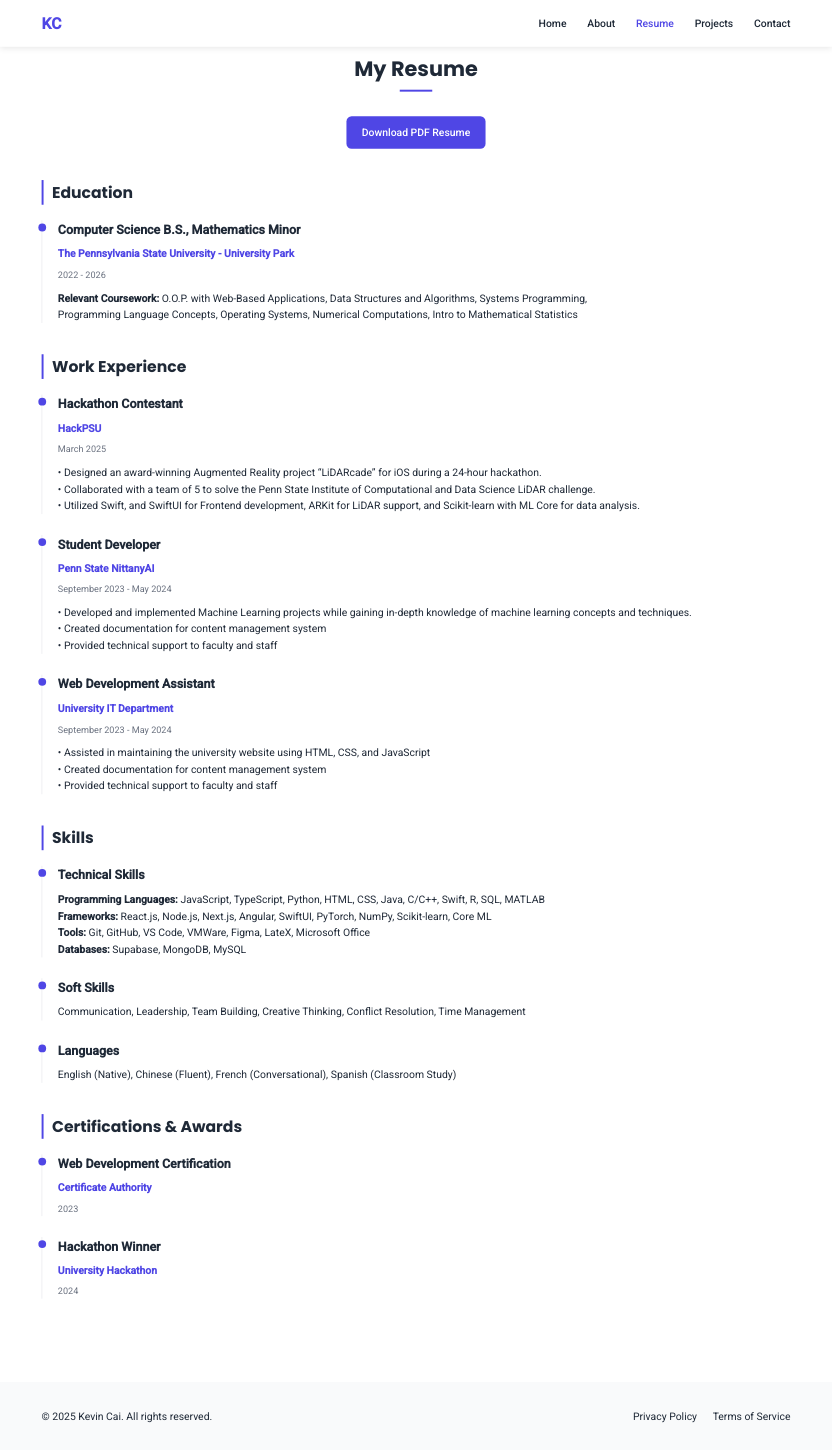
Repository: itskevbo/E-Portfolio
Page: pages/resume.html
An editor plug-in stored every save of this project. The page is shown before and after the next save, followed by the edit.
The browser window is 1280 px wide. The pictures show the whole page, at 65% of full size.

Above is the page before, as saved 2025-04-15 00:22:09.

### pages/resume.html
<!DOCTYPE html>
<html lang="en">
<head>
    <meta charset="UTF-8">
    <meta name="viewport" content="width=device-width, initial-scale=1.0">
    <title>Kevin Cai | Resume</title>
    <meta name="description" content="Professional resume of Kevin Cai">

    <!-- Favicon -->
    <link rel="icon" href="../assets/images/favicon.ico">

    <!-- CSS -->
    <link rel="stylesheet" href="../styles/main.css">

    <!-- Google Fonts -->
    <link rel="preconnect" href="https://fonts.googleapis.com">
    <link rel="preconnect" href="https://fonts.gstatic.com" crossorigin>
    <link href="https://fonts.googleapis.com/css2?family=Poppins:wght@300;400;500;700&family=Roboto:wght@400;500&display=swap" rel="stylesheet">

    <!-- Additional CSS for resume page -->
    <style>
        .resume-section {
            margin-bottom: 3rem;
        }

        .resume-section__title {
            margin-bottom: 1.5rem;
            font-size: var(--h3-font-size);
            position: relative;
            padding-left: 1rem;
        }

        .resume-section__title::before {
            content: '';
            position: absolute;
            width: 3px;
            height: 100%;
            background-color: var(--primary-color);
            left: 0;
            top: 0;
        }

        .resume-item {
            margin-bottom: 2rem;
            padding-left: 1.5rem;
            border-left: 1px solid var(--border-color);
            position: relative;
        }

        .resume-item::before {
            content: '';
            position: absolute;
            width: 12px;
            height: 12px;
            border-radius: 50%;
            background-color: var(--primary-color);
            left: -6px;
            top: 5px;
        }

        .resume-item__title {
            font-size: 1.2rem;
            margin-bottom: 0.5rem;
        }

        .resume-item__subtitle {
            color: var(--primary-color);
            font-size: var(--normal-font-size);
            margin-bottom: 0.5rem;
        }

        .resume-item__date {
            font-size: var(--small-font-size);
            color: var(--text-color-light);
            margin-bottom: 0.75rem;
        }

        .resume-item__description {
            font-size: var(--normal-font-size);
        }

        .download-resume {
            text-align: center;
            margin: 3rem 0;
        }
    </style>
</head>
<body>
    <!-- Header Component -->
    <header class="header" id="header">
        <div class="container">
            <div class="header__logo">
                <a href="../index.html" class="logo">KC</a>
            </div>

            <nav class="header__nav" id="nav-menu">
                <ul class="header__nav-list">
                    <li class="header__nav-item"><a href="../index.html" class="header__nav-link">Home</a></li>
                    <li class="header__nav-item"><a href="about.html" class="header__nav-link">About</a></li>
                    <li class="header__nav-item"><a href="resume.html" class="header__nav-link active">Resume</a></li>
                    <li class="header__nav-item"><a href="projects.html" class="header__nav-link">Projects</a></li>
                    <li class="header__nav-item"><a href="contact.html" class="header__nav-link">Contact</a></li>
                </ul>

                <div class="header__nav-toggle" id="nav-toggle">
                    <span></span>
                    <span></span>
                    <span></span>
                </div>
            </nav>
        </div>
    </header>

    <main>
        <section class="section">
            <div class="container">
                <h2 class="section__title">My Resume</h2>

                <div class="download-resume">
                    <a href="../assets/documents/Kevin Cai - Resume 2025-26 Software Engineering.pdf" class="btn btn-primary" target="_blank">Download PDF Resume</a>
                </div>

                <!-- Education Section -->
                <div class="resume-section">
                    <h3 class="resume-section__title">Education</h3>

                    <div class="resume-item">
                        <h4 class="resume-item__title">Computer Science B.S., Mathematics Minor</h4>
                        <h5 class="resume-item__subtitle">The Pennsylvania State University - University Park</h5>
                        <p class="resume-item__date">2022 - 2026</p>
                        <p class="resume-item__description">
                            <strong>Relevant Coursework:</strong> O.O.P. with Web-Based Applications, Data Structures and Algorithms, Systems Programming, <br>
                            Programming Language Concepts, Operating Systems, Numerical Computations, Intro to Mathematical Statistics
                        </p>
                    </div>
                </div>

                <!-- Experience Section -->
                <div class="resume-section">
                    <h3 class="resume-section__title">Work Experience</h3>

                    <div class="resume-item">
                        <h4 class="resume-item__title">Hackathon Contestant</h4>
                        <h5 class="resume-item__subtitle">HackPSU</h5>
                        <p class="resume-item__date">March 2025</p>
                        <p class="resume-item__description">
                            • Designed an award-winning Augmented Reality project “LiDARcade” for iOS during a 24-hour hackathon.<br>
                            • Collaborated with a team of 5 to solve the Penn State Institute of Computational and Data Science LiDAR
                            challenge.<br>
                            • Utilized Swift, and SwiftUI for Frontend development, ARKit for LiDAR support, and Scikit-learn with ML Core for data analysis.
                        </p>
                    </div>

                    <div class="resume-item">
                        <h4 class="resume-item__title">Student Developer</h4>
                        <h5 class="resume-item__subtitle">Penn State NittanyAI</h5>
                        <p class="resume-item__date">September 2023 - May 2024</p>
                        <p class="resume-item__description">
                            • Developed and implemented Machine Learning projects while gaining in-depth knowledge of machine learning concepts and techniques.<br>
                            • Created documentation for content management system<br>
                            • Provided technical support to faculty and staff
                        </p>
                    </div>

                    <div class="resume-item">
                        <h4 class="resume-item__title">Web Development Assistant</h4>
                        <h5 class="resume-item__subtitle">University IT Department</h5>
                        <p class="resume-item__date">September 2023 - May 2024</p>
                        <p class="resume-item__description">
                            • Assisted in maintaining the university website using HTML, CSS, and JavaScript<br>
                            • Created documentation for content management system<br>
                            • Provided technical support to faculty and staff
                        </p>
                    </div>
                </div>

                <!-- Skills Section (Summary) -->
                <div class="resume-section">
                    <h3 class="resume-section__title">Skills</h3>

                    <div class="resume-item">
                        <h4 class="resume-item__title">Technical Skills</h4>
                        <p class="resume-item__description">
                            <strong>Programming Languages:</strong> JavaScript, TypeScript, Python, HTML, CSS, Java, C/C++, Swift, R, SQL, MATLAB<br>
                            <strong>Frameworks:</strong> React.js, Node.js, Next.js, Angular, SwiftUI, PyTorch, NumPy, Scikit-learn, Core ML<br>
                            <strong>Tools:</strong> Git, GitHub, VS Code, VMWare, Figma, LateX, Microsoft Office<br>
                            <strong>Databases:</strong> Supabase, MongoDB, MySQL
                        </p>
                    </div>

                    <div class="resume-item">
                        <h4 class="resume-item__title">Soft Skills</h4>
                        <p class="resume-item__description">
                            Communication, Leadership, Team Building, Creative Thinking, Conflict Resolution, Time Management
                        </p>
                    </div>

                    <div class="resume-item">
                        <h4 class="resume-item__title">Languages</h4>
                        <p class="resume-item__description">
                            English (Native), Chinese (Fluent), French (Conversational), Spanish (Classroom Study)
                        </p>
                    </div>
                </div>

                <!-- Certifications and Awards -->
                <div class="resume-section">
                    <h3 class="resume-section__title">Certifications & Awards</h3>

                    <div class="resume-item">
                        <h4 class="resume-item__title">Web Development Certification</h4>
                        <h5 class="resume-item__subtitle">Certificate Authority</h5>
                        <p class="resume-item__date">2023</p>
                    </div>

                    <div class="resume-item">
                        <h4 class="resume-item__title">Hackathon Winner</h4>
                        <h5 class="resume-item__subtitle">University Hackathon</h5>
                        <p class="resume-item__date">2024</p>
                    </div>
                </div>
            </div>
        </section>
    </main>

    <!-- Footer Component -->
    <footer class="footer">
        <div class="container">
            <div class="footer__content">
                <p>&copy; 2025 Kevin Cai. All rights reserved.</p>
                <div class="footer__links">
                    <a href="#" class="footer__link">Privacy Policy</a>
                    <a href="#" class="footer__link">Terms of Service</a>
                </div>
            </div>
        </div>
    </footer>

    <!-- JS -->
    <script src="../scripts/main.js"></script>
</body>
</html>

### styles/main.css
/*=============== VARIABLES ===============*/
:root {
    /* Colors */
    --primary-color: #4f46e5;
    --primary-color-alt: #4338ca;
    --secondary-color: #3b82f6;
    --accent-color: #8b5cf6;
    --text-color: #1f2937;
    --text-color-light: #6b7280;
    --body-color: #ffffff;
    --container-color: #f9fafb;
    --border-color: #e5e7eb;
    --success-color: #10b981;
    --error-color: #ef4444;

    /* Typography */
    --body-font: 'Roboto', sans-serif;
    --heading-font: 'Poppins', sans-serif;
    --h1-font-size: 2.5rem;
    --h2-font-size: 2rem;
    --h3-font-size: 1.5rem;
    --normal-font-size: 1rem;
    --small-font-size: 0.875rem;
    --smaller-font-size: 0.75rem;

    /* Font weights */
    --font-light: 300;
    --font-regular: 400;
    --font-medium: 500;
    --font-bold: 700;

    /* Z-index */
    --z-tooltip: 10;
    --z-fixed: 100;

    /* Transitions */
    --transition: all 0.3s ease;
}

/*=============== BASE ===============*/
* {
    margin: 0;
    padding: 0;
    box-sizing: border-box;
}

html {
    scroll-behavior: smooth;
}

body {
    font-family: var(--body-font);
    font-size: var(--normal-font-size);
    color: var(--text-color);
    background-color: var(--body-color);
    line-height: 1.6;
}

h1, h2, h3 {
    font-family: var(--heading-font);
    font-weight: var(--font-bold);
    color: var(--text-color);
}

ul {
    list-style: none;
}

a {
    text-decoration: none;
    color: var(--text-color);
    transition: var(--transition);
}

a:hover {
    color: var(--primary-color);
}

img {
    max-width: 100%;
    height: auto;
}

button,
input,
textarea {
    font-family: var(--body-font);
    font-size: var(--normal-font-size);
    outline: none;
    border: none;
}

button {
    cursor: pointer;
    background: none;
}

/*=============== REUSABLE CLASSES ===============*/
.container {
    max-width: 1200px;
    margin: 0 auto;
    padding: 0 1.5rem;
}

.section {
    padding: 5rem 0;
}

.section__title {
    font-size: var(--h2-font-size);
    text-align: center;
    margin-bottom: 3rem;
    position: relative;
}

.section__title::after {
    content: '';
    position: absolute;
    width: 50px;
    height: 3px;
    background-color: var(--primary-color);
    bottom: -10px;
    left: 50%;
    transform: translateX(-50%);
}

.highlight {
    color: var(--primary-color);
}

.grid {
    display: grid;
    gap: 1.5rem;
}

/*=============== BUTTONS ===============*/
.btn {
    display: inline-flex;
    align-items: center;
    justify-content: center;
    padding: 0.75rem 1.5rem;
    border-radius: 0.5rem;
    font-weight: var(--font-medium);
    transition: var(--transition);
}

.btn-primary {
    background-color: var(--primary-color);
    color: white;
}

.btn-primary:hover {
    background-color: var(--primary-color-alt);
    color: white;
}

.btn-outline {
    border: 2px solid var(--primary-color);
    color: var(--primary-color);
}

.btn-outline:hover {
    background-color: var(--primary-color);
    color: white;
}

/*=============== HEADER & NAV ===============*/
.header {
    position: fixed;
    top: 0;
    left: 0;
    width: 100%;
    background-color: var(--body-color);
    box-shadow: 0 2px 10px rgba(0, 0, 0, 0.1);
    z-index: var(--z-fixed);
}

.header .container {
    display: flex;
    align-items: center;
    justify-content: space-between;
    height: 4.5rem;
}

.header__logo .logo {
    font-size: 1.5rem;
    font-weight: var(--font-bold);
    color: var(--primary-color);
}

.header__nav {
    display: flex;
    align-items: center;
}

.header__nav-list {
    display: flex;
    gap: 2rem;
}

.header__nav-link {
    font-weight: var(--font-medium);
}

.header__nav-link.active {
    color: var(--primary-color);
}

.header__nav-toggle {
    display: none;
    flex-direction: column;
    gap: 5px;
    cursor: pointer;
}

.header__nav-toggle span {
    width: 25px;
    height: 2px;
    background-color: var(--text-color);
    transition: var(--transition);
}

/*=============== HERO ===============*/
.hero {
    min-height: 100vh;
    display: flex;
    align-items: center;
    padding-top: 4.5rem;
}

.hero .container {
    display: grid;
    grid-template-columns: 1fr 1fr;
    align-items: center;
    gap: 2.5rem;
}

.hero__title {
    font-size: var(--h1-font-size);
    margin-bottom: 1rem;
}

.hero__subtitle {
    font-size: var(--h3-font-size);
    color: var(--primary-color);
    margin-bottom: 1.5rem;
}

.hero__description {
    margin-bottom: 2rem;
    max-width: 400px;
}

.hero__actions {
    display: flex;
    gap: 1rem;
}

.hero__image-placeholder {
    background-color: var(--border-color);
    border-radius: 1rem;
    height: 400px;
    width: 100%;
}

/*=============== ABOUT ===============*/
.about__content {
    display: grid;
    grid-template-columns: 1fr 1fr;
    gap: 2.5rem;
    align-items: center;
}

.about__text p {
    margin-bottom: 1.5rem;
}

.about__image-placeholder {
    background-color: var(--border-color);
    border-radius: 1rem;
    height: 400px;
    width: 100%;
}

/*=============== PROJECTS ===============*/
.projects__filter {
    display: flex;
    justify-content: center;
    flex-wrap: wrap;
    gap: 1rem;
    margin-bottom: 2rem;
}

.projects__filter-btn {
    padding: 0.5rem 1.5rem;
    border-radius: 0.5rem;
    color: var(--text-color);
    font-weight: var(--font-medium);
    transition: var(--transition);
}

.projects__filter-btn:hover,
.projects__filter-btn.active {
    background-color: var(--primary-color);
    color: white;
}

.projects__grid {
    display: grid;
    grid-template-columns: repeat(auto-fill, minmax(280px, 1fr));
    gap: 2rem;
}

.project-card {
    background-color: var(--container-color);
    border-radius: 1rem;
    overflow: hidden;
    box-shadow: 0 4px 15px rgba(0, 0, 0, 0.1);
    transition: var(--transition);
}

.project-card:hover {
    transform: translateY(-10px);
    box-shadow: 0 10px 25px rgba(0, 0, 0, 0.2);
}

.project-card__image-placeholder {
    background-color: var(--border-color);
    height: 200px;
    width: 100%;
}

.project-card__content {
    padding: 1.5rem;
}

.project-card__title {
    margin-bottom: 0.75rem;
}

.project-card__description {
    color: var(--text-color-light);
    margin-bottom: 1rem;
}

.project-card__tags {
    display: flex;
    flex-wrap: wrap;
    gap: 0.5rem;
    margin-bottom: 1rem;
}

.tag {
    background-color: rgba(79, 70, 229, 0.1);
    color: var(--primary-color);
    padding: 0.25rem 0.75rem;
    border-radius: 0.5rem;
    font-size: var(--small-font-size);
}

.project-card__links {
    display: flex;
    gap: 1rem;
}

.project-card__link {
    color: var(--text-color-light);
}

.project-card__link:hover {
    color: var(--primary-color);
}

/*=============== SKILLS ===============*/
.skills__content {
    display: grid;
    grid-template-columns: repeat(auto-fit, minmax(300px, 1fr));
    gap: 2rem;
}

.skills__category-title {
    margin-bottom: 1.5rem;
    position: relative;
    display: inline-block;
    padding-left: 1rem;
}

.skills__category-title::before {
    content: '';
    position: absolute;
    width: 3px;
    height: 100%;
    background-color: var(--primary-color);
    left: 0;
    top: 0;
}

.skills__list {
    display: grid;
    gap: 1rem;
}

.skill-item {
    display: grid;
    gap: 0.5rem;
}

.skill-item__name {
    display: flex;
    justify-content: space-between;
}

.skill-item__bar {
    width: 100%;
    height: 8px;
    background-color: var(--border-color);
    border-radius: 1rem;
    overflow: hidden;
}

.skill-item__progress {
    height: 100%;
    background-color: var(--primary-color);
    border-radius: 1rem;
}

/*=============== CONTACT ===============*/
.contact__content {
    display: grid;
    grid-template-columns: 1fr 2fr;
    gap: 2.5rem;
}

.contact__info {
    display: grid;
    gap: 2rem;
}

.contact__info-item {
    display: flex;
    align-items: center;
    gap: 1rem;
}

.contact__social {
    display: flex;
    gap: 1rem;
}

.contact__social-link {
    display: flex;
    align-items: center;
    justify-content: center;
    width: 40px;
    height: 40px;
    border-radius: 50%;
    background-color: var(--container-color);
    color: var(--text-color);
    transition: var(--transition);
}

.contact__social-link:hover {
    background-color: var(--primary-color);
    color: white;
}

.contact__form {
    display: grid;
    gap: 1.5rem;
}

.form-group {
    display: grid;
    gap: 0.5rem;
}

.form-group label {
    font-weight: var(--font-medium);
}

.form-group input,
.form-group textarea {
    width: 100%;
    padding: 0.75rem 1rem;
    border: 1px solid var(--border-color);
    border-radius: 0.5rem;
    background-color: var(--container-color);
    transition: var(--transition);
}

.form-group input:focus,
.form-group textarea:focus {
    border-color: var(--primary-color);
}

.form-group textarea {
    height: 150px;
    resize: none;
}

/*=============== FOOTER ===============*/
.footer {
    background-color: var(--container-color);
    padding: 2.5rem 0;
}

.footer__content {
    display: flex;
    justify-content: space-between;
    align-items: center;
}

.footer__links {
    display: flex;
    gap: 1.5rem;
}

/*=============== MEDIA QUERIES ===============*/
/* For medium devices */
@media screen and (max-width: 968px) {
    :root {
        --h1-font-size: 2.25rem;
        --h2-font-size: 1.75rem;
        --h3-font-size: 1.25rem;
    }

    .hero .container,
    .about__content {
        grid-template-columns: 1fr;
    }

    .hero__image {
        grid-row: 1;
    }

    .contact__content {
        grid-template-columns: 1fr;
    }
}

/* For small devices */
@media screen and (max-width: 768px) {
    .header__nav-list {
        position: fixed;
        top: 4.5rem;
        right: -100%;
        background-color: var(--body-color);
        width: 80%;
        height: 100vh;
        flex-direction: column;
        align-items: center;
        justify-content: center;
        padding: 3rem 0;
        box-shadow: -5px 0 15px rgba(0, 0, 0, 0.1);
        transition: var(--transition);
    }

    .header__nav-list.show-menu {
        right: 0;
    }

    .header__nav-toggle {
        display: flex;
    }

    .header__nav-toggle.active span:nth-child(1) {
        transform: rotate(45deg) translate(5px, 5px);
    }

    .header__nav-toggle.active span:nth-child(2) {
        opacity: 0;
    }

    .header__nav-toggle.active span:nth-child(3) {
        transform: rotate(-45deg) translate(5px, -5px);
    }

    .footer__content {
        flex-direction: column;
        gap: 1rem;
    }
}

/* For smaller devices */
@media screen and (max-width: 350px) {
    :root {
        --h1-font-size: 2rem;
        --h2-font-size: 1.5rem;
        --h3-font-size: 1.25rem;
    }

    .container {
        padding: 0 1rem;
    }

    .hero__actions {
        flex-direction: column;
        width: 100%;
    }

    .hero__actions .btn {
        width: 100%;
        text-align: center;
    }

    .projects__filter {
        flex-direction: column;
        width: 100%;
    }
}

Loaded but not shown: scripts/main.js (180 lines, source omitted)

After the next save:
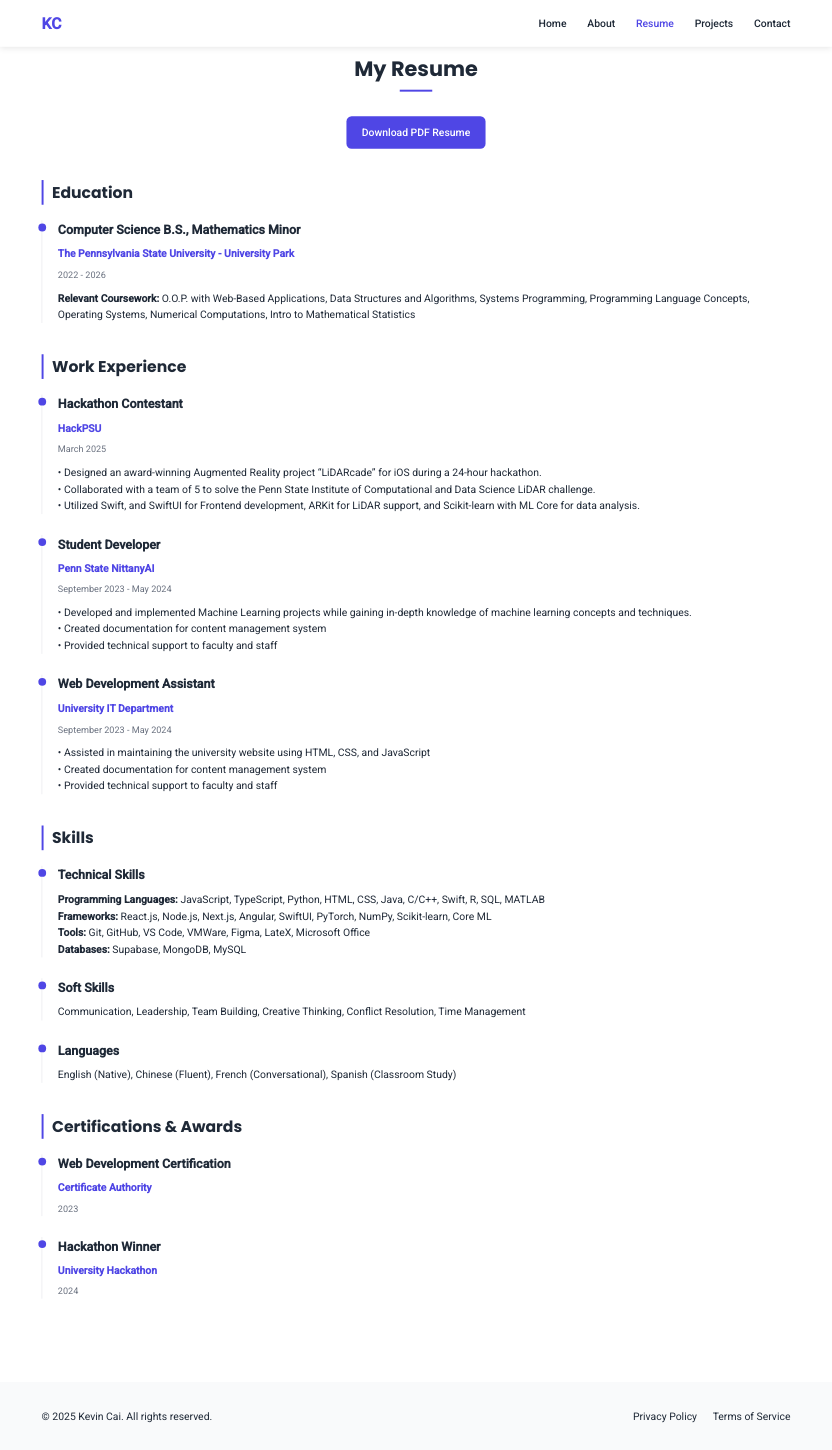
Saved 24 s later.
--- a/pages/resume.html
+++ b/pages/resume.html
@@ -129,7 +129,7 @@
                         <h5 class="resume-item__subtitle">The Pennsylvania State University - University Park</h5>
                         <p class="resume-item__date">2022 - 2026</p>
                         <p class="resume-item__description">
-                            <strong>Relevant Coursework:</strong> O.O.P. with Web-Based Applications, Data Structures and Algorithms, Systems Programming, <br>
+                            <strong>Relevant Coursework:</strong> O.O.P. with Web-Based Applications, Data Structures and Algorithms, Systems Programming,
                             Programming Language Concepts, Operating Systems, Numerical Computations, Intro to Mathematical Statistics
                         </p>
                     </div>
